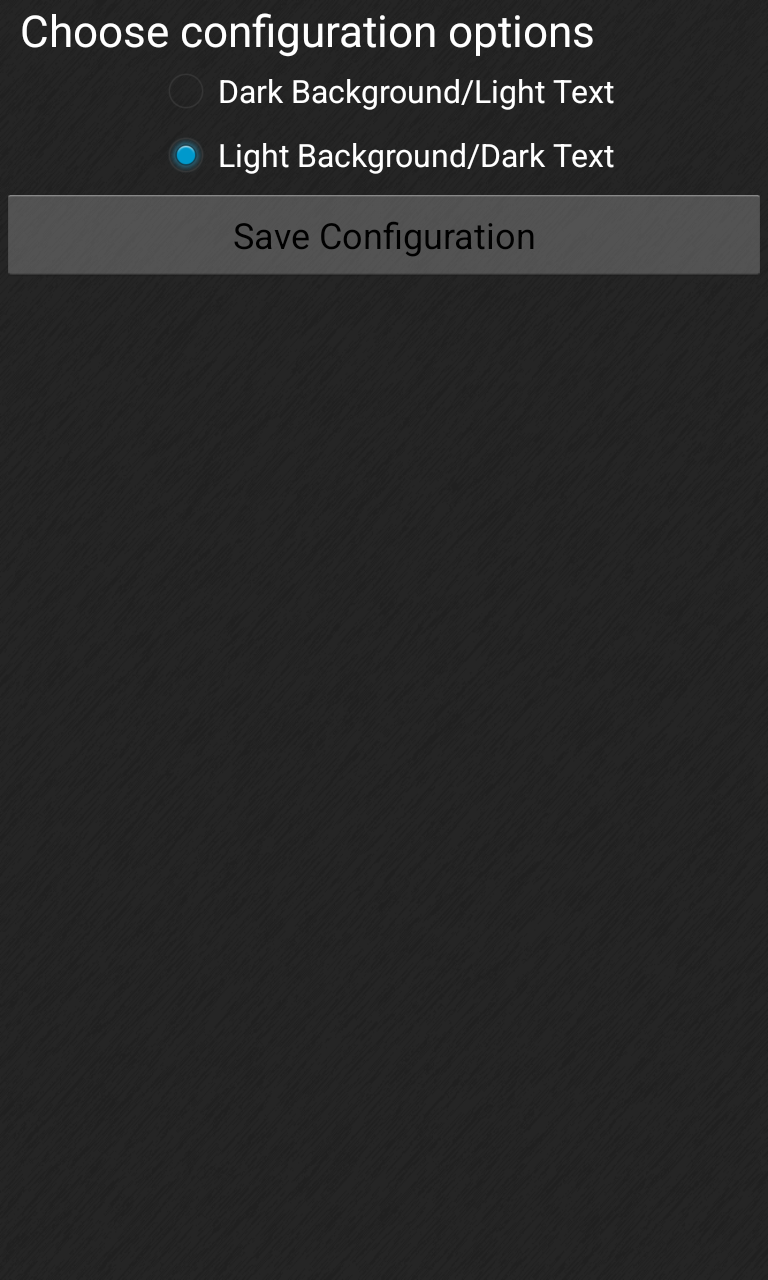
Repository: efreestone/MDF3_Freestone
Layout: MDF3Project3/res/layout/activity_config.xml
These files come from the project's save history. The layout is drawn as it stood at one moment and after the next save; the edit follows.
It is drawn on a 768 x 1280 px phone screen (xhdpi) without system bars, with theme AppTheme; the app's code is not run.

Above is the layout before, as saved 2014-07-27 01:37:20.

After the next save:
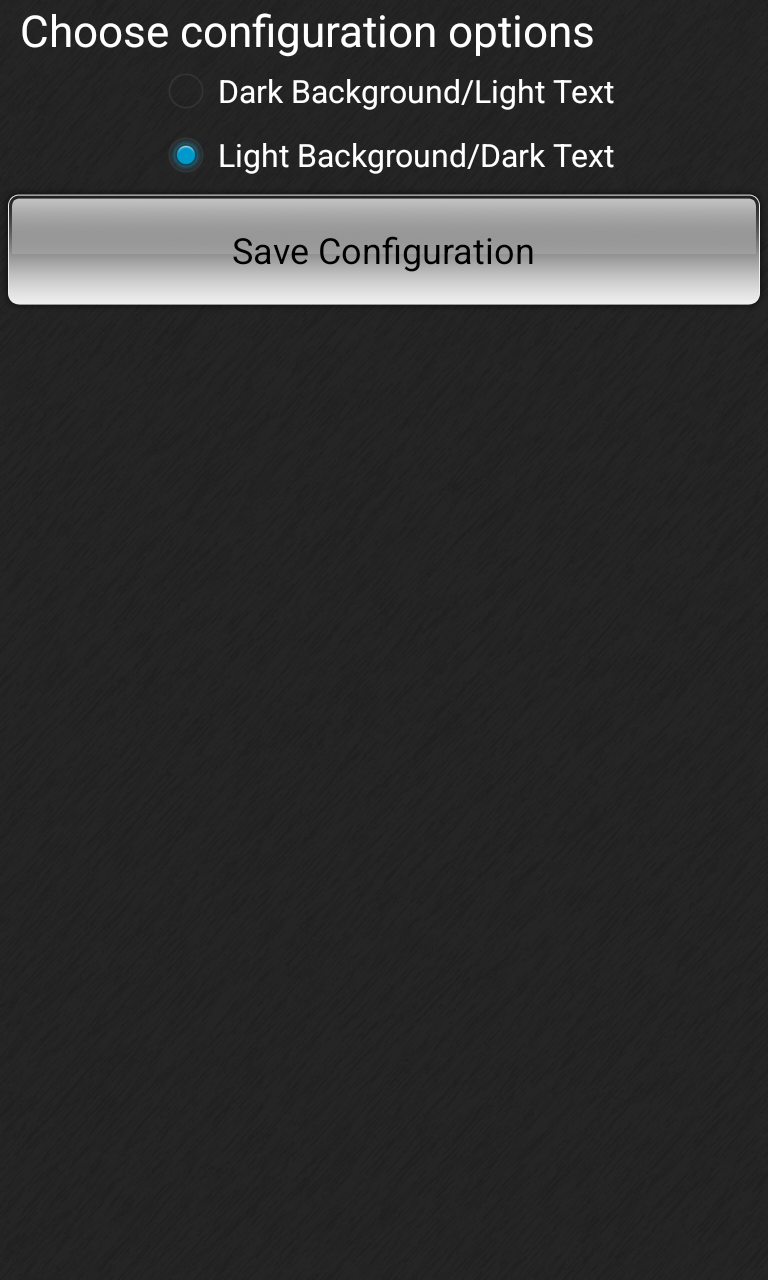
Saved 27 s later.
--- a/MDF3Project3/res/layout/activity_config.xml
+++ b/MDF3Project3/res/layout/activity_config.xml
@@ -42,6 +42,7 @@
         android:id="@+id/doneButton"
         android:layout_width="match_parent"
         android:layout_height="wrap_content"
+        android:background="@drawable/button_background"
         android:text="@string/saveButtonString" />
 
 </LinearLayout>
